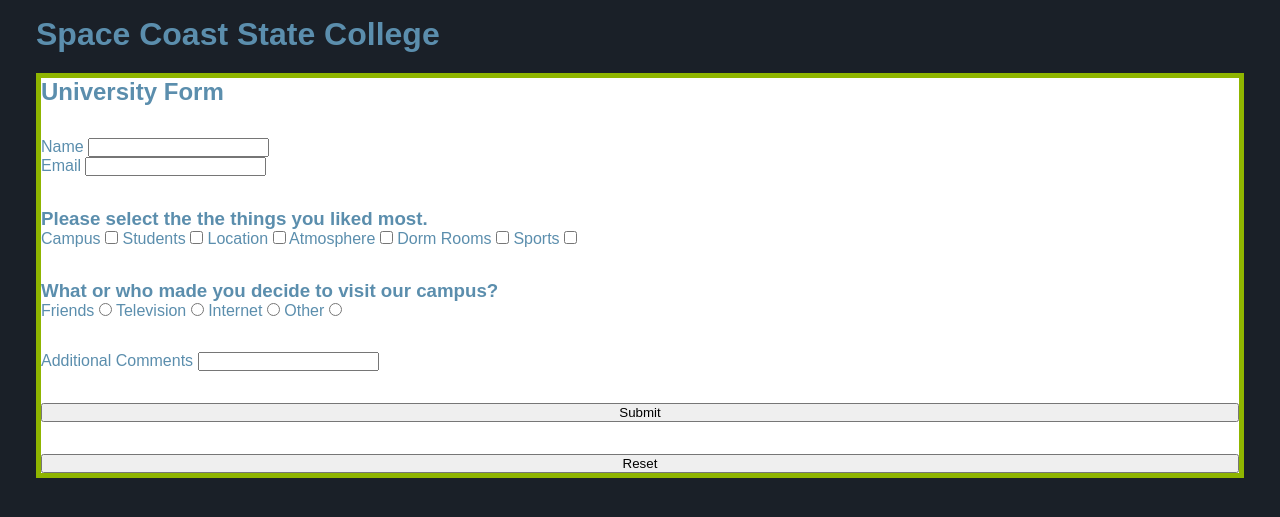
Repository: mlmEFSC21/P2-University-Form
Page: index.html
An editor plug-in stored every save of this project. The page is shown before and after the next save, followed by the edit.
The browser window is 1280 px wide. The pictures show the whole page.
Some web fonts or font styles are not loaded; a fallback is used.

Above is the page before, as saved 2022-01-29 18:34:31.

After the next save:
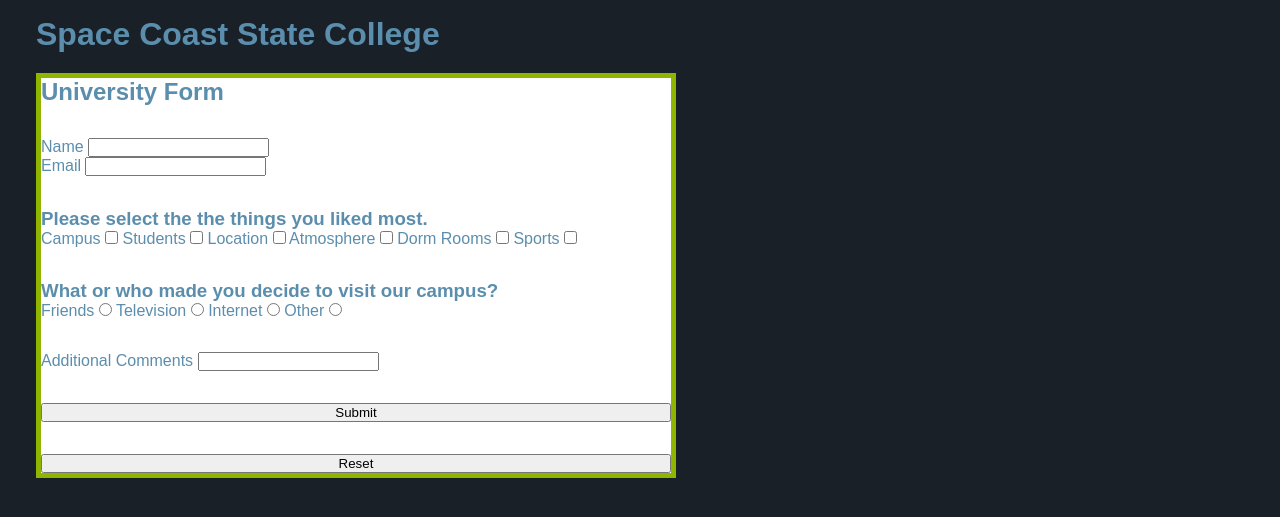
Saved 49 s later.
--- a/uniFormStyles.css
+++ b/uniFormStyles.css
@@ -27,6 +27,7 @@ header {
 .main {
     display: flex;
     flex-direction: column;
+    max-width: 50vw;
     border: 5px solid var(--clr-accent);
     background-color: white;
     gap: 2rem;
